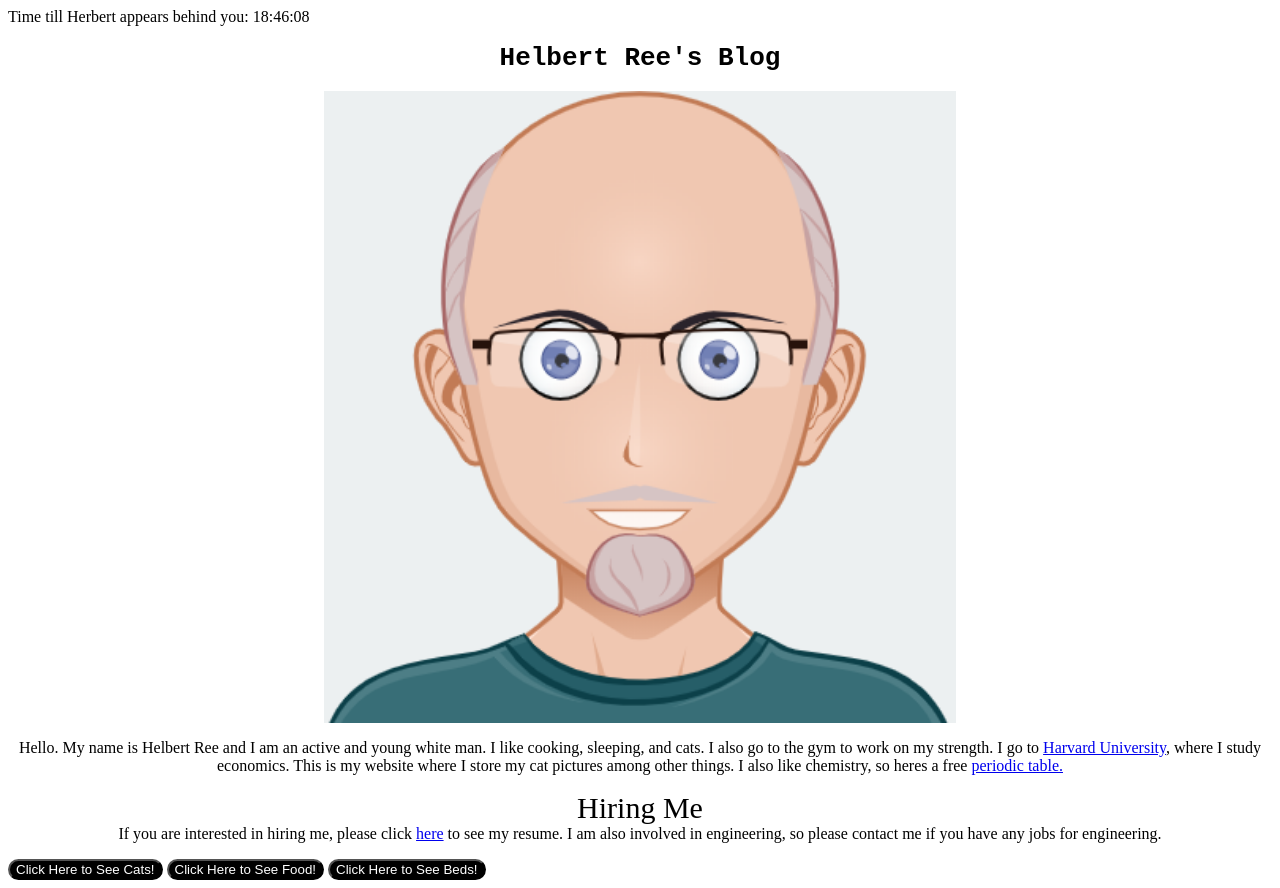
Repository: rortega1581/rortega1581.github.io
Page: 214/HelbertRee'sBlog/website.html
The author's editor kept a record of every edit. The page is drawn from the files as they stood at one moment, then again after the next edit.
The browser window is 1280 px wide. The pictures show the whole page.

Above is the page before.

After the next edit:
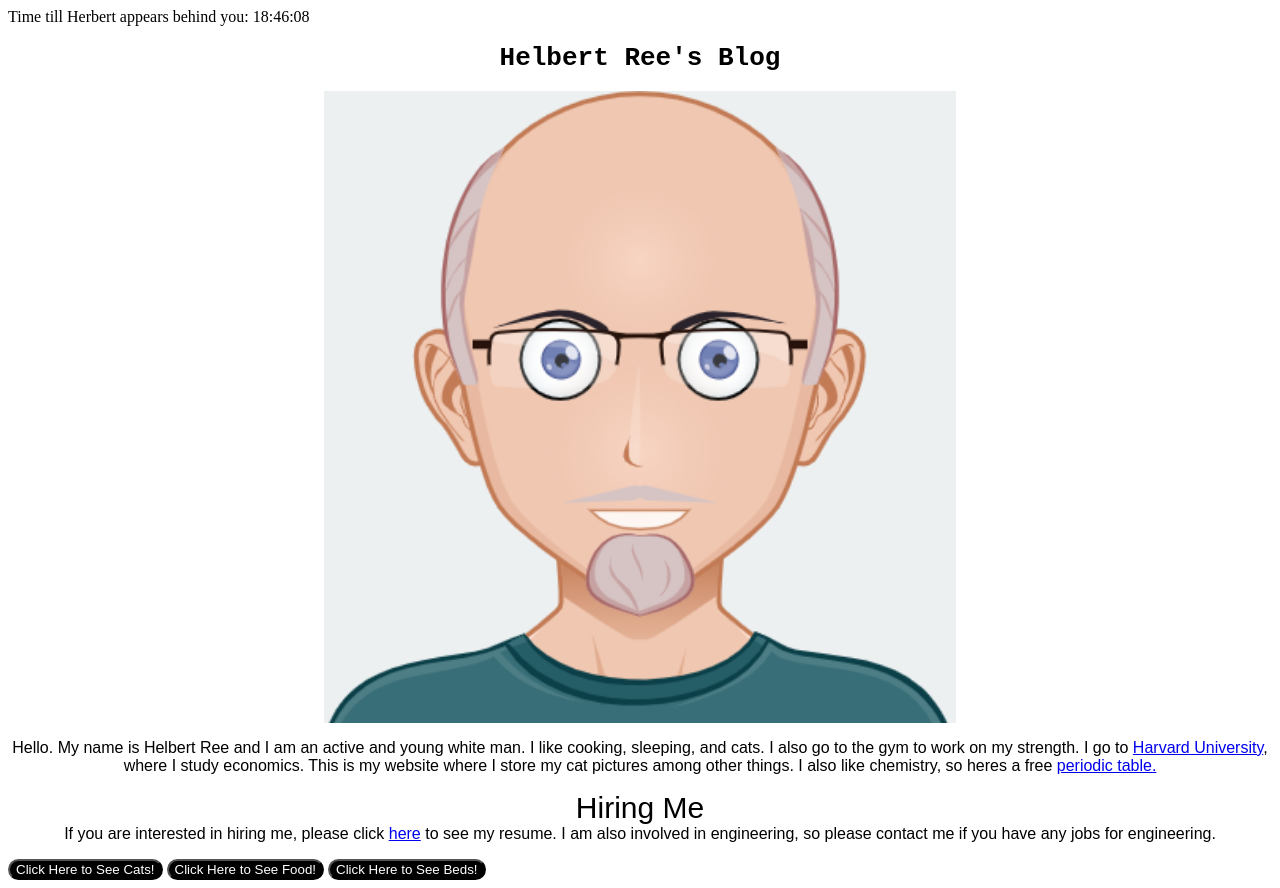
The edit:
--- a/214/HelbertRee'sBlog/style.css
+++ b/214/HelbertRee'sBlog/style.css
@@ -13,7 +13,7 @@
 
 p{
     text-align: center;
-
+    font-family: sans-serif;
 }
 
 
